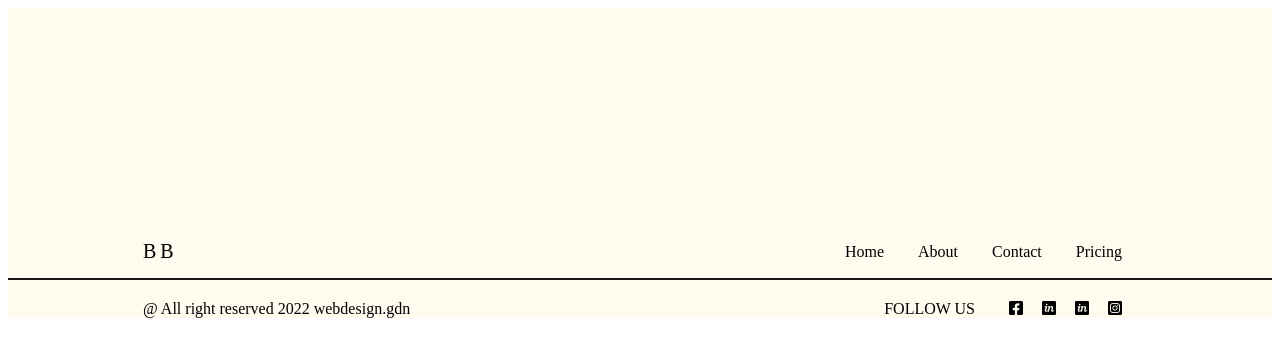
Repository: ngocphuocha/4lifeteam-marketing-agency
Page: index.html
The author's editor kept a copy of each file at every save. The page is drawn from the files as they stood at one save, then again after the next save.
The browser window is 1280 px wide. The pictures show the whole page.

Above is the page before, as saved 2023-03-13 16:42:10.

After the next save:
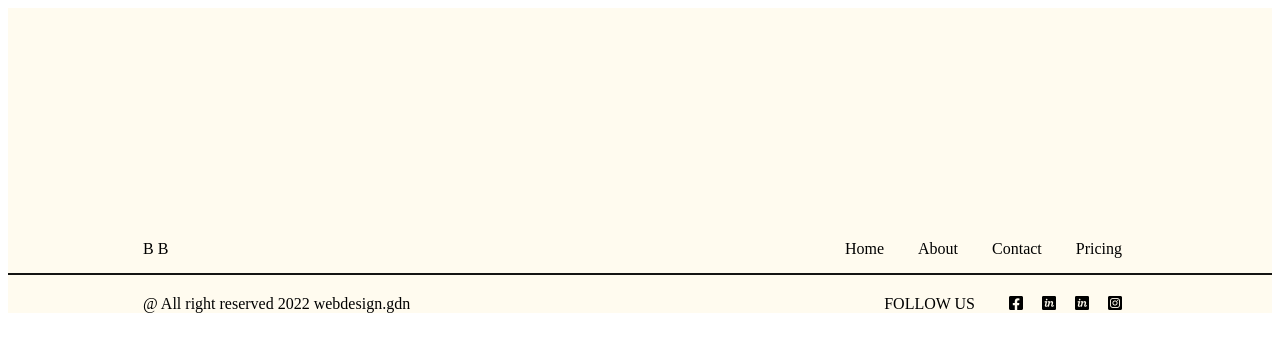
Saved 15 s later.
--- a/css/footer-service.css
+++ b/css/footer-service.css
@@ -75,11 +75,11 @@
 
   .background-footer .container .footer-left .span-1{
     font-weight: 700px;
-    font-size: 20px;
+    font-size: 16px;
   }
   .background-footer .container .footer-left .span-2{
     font-weight: 700px;
-    font-size: 20px;
+    font-size: 16px;
   }
 
   .background-footer .container .footer-right span{
